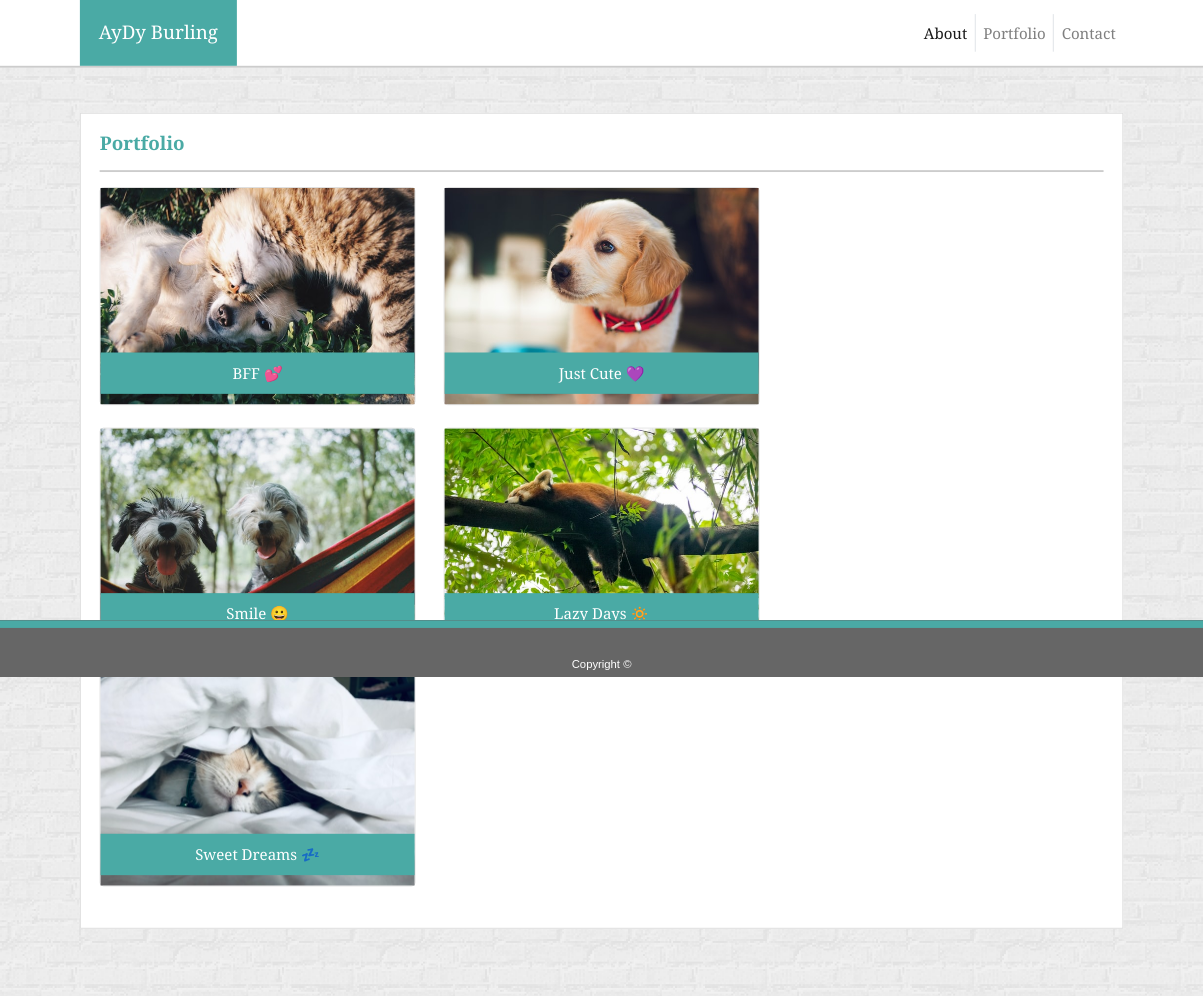
Repository: Dee1985/AyDy-Burling-prework
Page: Module-1_Assessment/portfolio.html
An editor plug-in stored every save of this project. The page is shown before and after the next save, followed by the edit.
The browser window is 1280 px wide. The pictures show the whole page, at 94% of full size.

Above is the page before, as saved 2020-05-22 22:35:57.

### Module-1_Assessment/portfolio.html
<!DOCTYPE html>
<html lang="en">
  <head>
    <meta charset="UTF-8" />
    <meta name="viewport" content="width=device-width, initial-scale=1.0" />
    <meta http-equiv="X-UA-Compatible" content="ie=edge" />
    <title>Portfolio</title>
    <link rel="stylesheet" href="assets/css/reset.css" />
    <link
      rel="stylesheet"
      href="https://stackpath.bootstrapcdn.com/bootstrap/4.3.1/css/bootstrap.min.css"
      integrity="sha384-ggOyR0iXCbMQv3Xipma34MD+dH/1fQ784/j6cY/iJTQUOhcWr7x9JvoRxT2MZw1T"
      crossorigin="anonymous"
    />
    <link rel="stylesheet" href="assets/css/style.css" />
  </head>
  <body>
    <nav class="navbar navbar-light navbar-expand-lg p-0 card-gallery ">
      <div class="container">
        <a href="# "class="navbar-brand text-white"
          >AyDy Burling</a>
          <button
              class="navbar-toggler"
              type="button"
              data-toggle="collapse"
              data-target="#navbarTogglerDemo02"
              aria-controls="navbarTogglerDemo02"
              aria-expanded="false"
              aria-label="Toggle navigation"
            >
              <span class="navbar-toggler-icon"></span>
            </button>
            <div class="collapse navbar-collapse" id="navbarTogglerDemo02">
              <ul class="navbar-nav ml-auto mt-2 mt-lg-0">
                <li class="nav-item active">
                  <a class="nav-link border-right" href="index.html">About</a>
                </li>
                <li class="nav-item">
                  <a class="nav-link border-right" href="#">Portfolio</a>
                </li>
                <li class="nav-item">
                  <a class="nav-link" href="contact.html" tabindex="-1">Contact</a>
                </li>
              </ul>
            </div>
          </nav>

    <section class="card-gallery">
      <div class="container">
        <div class="row">
          <div class="col-lg-12 mb-4 mt-5 pb-5">
            <div class="card rounded-0 mb-0">
              <div class="card-body mt-9">
              <h5 class="card-title">Portfolio</h5>
              <hr />
              <!-- start of cards -->
            <div class="row justify-content-start">
              <!-- first card -->
                     <div class="col-lg-4 mb-4">
                            <div class="card text-white">
                                <img src="assets/img/krista-mangulsone-9gz3wfHr65U-unsplash.jpg" width="100%" height="230" alt="cat and dog cuddles">
                                <div class="card-heading text-center">
                                    BFF 💕
                                </div>
                            </div>
                        </div>
               <!-- second card -->
                   <div class="col-lg-4 mb-4">
                            <div class="card text-white">
                                <img src="assets/img/berkay-gumustekin-ngqyo2AYYnE-unsplash.jpg" width="100%" height="230" alt="puppy pic">
                                <div class="card-heading text-center">
                                    Just Cute 💜
                                </div>
                            </div>
                        </div>
            </div>
               <!-- third card -->
               <div class="row">
    <div class="col-lg-4 mb-4">
                            <div class="card text-white">
                                <img src="assets/img/alvan-nee-FHl79chXS6s-unsplash.jpg" width="100%" height="230"alt="two dogs smiling">
                                <div class="card-heading text-center">
                                    Smile 😀
                                </div>
                            </div>
                        </div>
               <!-- fourth card -->
                   <div class="col-lg-4 mb-4">
                            <div class="card text-white">
                                <img src="assets/img/chris-curry-GYpsSWHslHA-unsplash.jpg" width="100%" height="230" alt="animal sleeping on branch">
                                <div class="card-heading text-center">
                                    Lazy Days 🔅
                                </div>
                            </div>
                        </div>
                        </div>
               <!-- fifth card -->
               <div class="row justify-content-start">
                   <div class="col-lg-4 mb-4">
                            <div class="card text-white">
                                <img src="assets/img/kate-stone-matheson-uy5t-CJuIK4-unsplash.jpg" width="100%" height="230" alt="cat under a blanket">
                                <div class="card-heading text-center">
                                    Sweet Dreams 💤
                                </div>
                            </div>
                        </div>
                        </div>

            </div>
              </div>
            </div>
          </div>
        </div>
      </div>
    </section>
    <footer>
      <div class="fixed text-center text-white"> Copyright &copy;</div>
    </footer>

    <script
      src="https://code.jquery.com/jquery-3.3.1.slim.min.js"
      integrity="sha384-q8i/X+965DzO0rT7abK41JStQIAqVgRVzpbzo5smXKp4YfRvH+8abtTE1Pi6jizo"
      crossorigin="anonymous"
    ></script>
    <script
      src="https://cdnjs.cloudflare.com/ajax/libs/popper.js/1.14.7/umd/popper.min.js"
      integrity="sha384-UO2eT0CpHqdSJQ6hJty5KVphtPhzWj9WO1clHTMGa3JDZwrnQq4sF86dIHNDz0W1"
      crossorigin="anonymous"
    ></script>
    <script
      src="https://stackpath.bootstrapcdn.com/bootstrap/4.3.1/js/bootstrap.min.js"
      integrity="sha384-JjSmVgyd0p3pXB1rRibZUAYoIIy6OrQ6VrjIEaFf/nJGzIxFDsf4x0xIM+B07jRM"
      crossorigin="anonymous"
    ></script>
  </body>
</html>

### Module-1_Assessment/assets/css/style.css
* {
	box-sizing: border-box;
	margin: 0;
	padding: 0;
}

section {
	/* https://www.toptal.com/designers/subtlepatterns/?s=brick */
	background-image: url('../img/brickwall_@2X.png');
	background-position: center;
}

nav {
	font-family: Cambria, Cochin, Georgia, Times, 'Times New Roman', serif;
}

.btn {
	background-color: #4aaaa5;
	border-color: #4aaaa5;
}
.navbar {
	border-bottom: 2px solid #cccccc;
}
a.navbar-brand {
	background-color: #4aaaa5;
	padding: 20px;
	margin: 0;
}
hr {
	border-top: 2px solid;
	border-color: #cccccc;
}

.card {
	font-family: Arial, Helvetica, sans-serif;
	border-color: #dddddd;
	height: auto;
}
.card-title {
	font-size: 20px;
	color: #4aaaa5;
	font-family: Cambria, Cochin, Georgia, Times, 'Times New Roman', serif;
	font-weight: bold;
}
.card-heading {
	background-color: #4aaaa5;
	font-size: 16px;
	font-family: Cambria, Cochin, Georgia, Times, 'Times New Roman', serif;
	position: absolute;
	bottom: 5%;
	width: 100%;
	padding-top: 10px;
	padding-bottom: 10px;
}

footer {
	position: fixed;
	left: 0;
	bottom: 0;
	width: 100%;
	border-top: 8px solid #4aaaa5;
	background-color: #666666;
	color: #ffffff;
	font-family: Arial, 'Helvetica Neue', Helvetica, sans-serif;
	font-size: 12px;
	height: 60px;
	padding-top: 30px;
}

Loaded but not shown: Module-1_Assessment/assets/css/reset.css (common file)

After the next save:
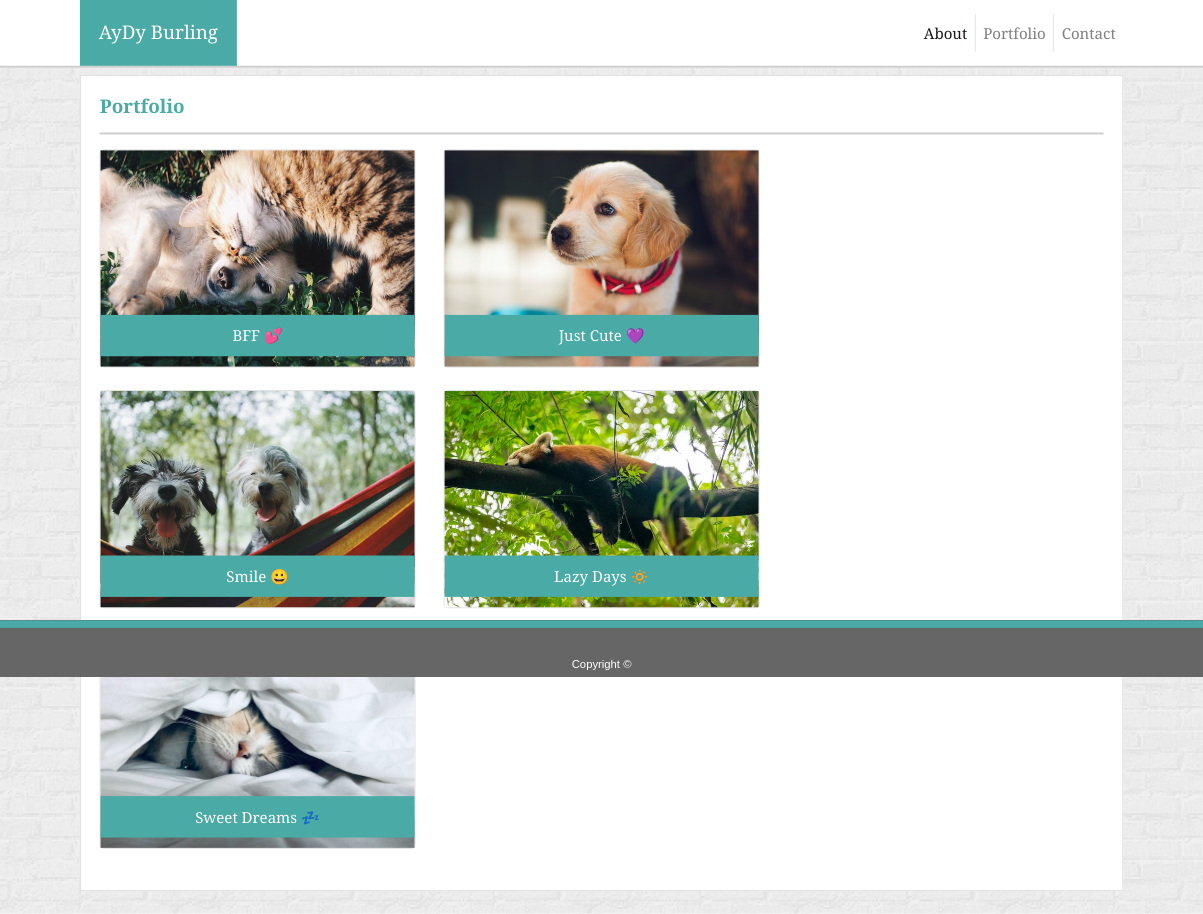
Saved 48 s later.
--- a/Module-1_Assessment/portfolio.html
+++ b/Module-1_Assessment/portfolio.html
@@ -48,7 +48,7 @@
     <section class="card-gallery">
       <div class="container">
         <div class="row">
-          <div class="col-lg-12 mb-4 mt-5 pb-5">
+          <div class="col-lg-12 mb-4 mt-2 pb-8">
             <div class="card rounded-0 mb-0">
               <div class="card-body mt-9">
               <h5 class="card-title">Portfolio</h5>
